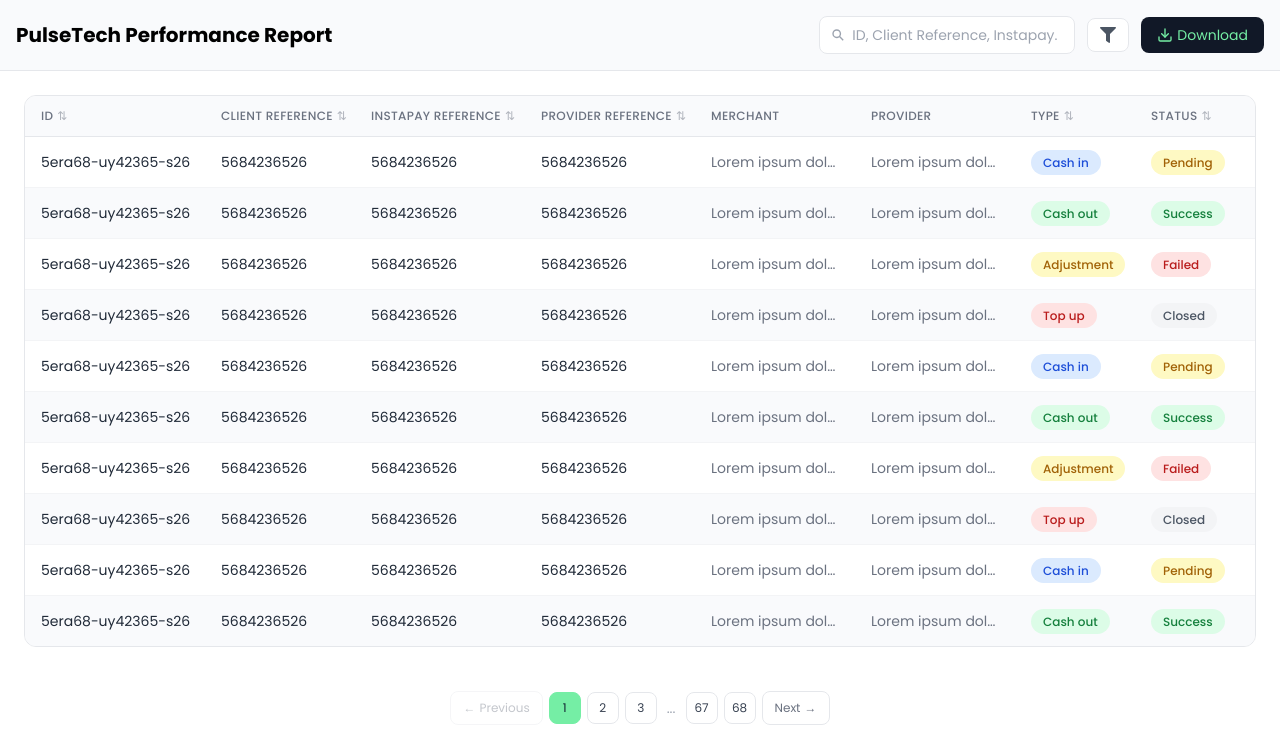
Repository: ShyrineJardin/pulse_admin
Page: /dashboard
An editor plug-in stored every save of this project. The page is shown before and after a run of saves, followed by the edit.
The browser window is 1280 px wide. The pictures show the whole page.
The project was rebuilt for these pictures with package versions that can differ from the ones it lists, and the page was loaded fresh each time. Also part of the build but not shown: src/components/Login.jsx.

Above is the page before, as saved 2026-03-26 16:02:41.

### src/index.css
@import url('https://fonts.googleapis.com/css2?family=Inter:ital,opsz,wght@0,14..32,100..900;1,14..32,100..900&family=Poppins:ital,wght@0,100;0,200;0,300;0,400;0,500;0,600;0,700;0,800;0,900;1,100;1,200;1,300;1,400;1,500;1,600;1,700;1,800;1,900&display=swap');

@tailwind base;
@tailwind components;
@tailwind utilities;

*{
    margin: 0;
    padding: 0;
    box-sizing: border-box;
}

body {
    font-family: poppins, sans-serif;
}

### src/App.js
import { BrowserRouter, Routes, Route } from "react-router-dom";
import Login from "./components/Login";
import Dashboard from "./components/Dashboard";

function App() {
  return (
    <BrowserRouter>
      <Routes>
        <Route path="/" element={<Login />} />
        <Route path="/dashboard" element={<Dashboard />} />
      </Routes>
    </BrowserRouter>
  );
}

export default App;

### src/components/Dashboard.jsx
import { useState, useMemo, useRef, useEffect } from "react";
import { IoSearchSharp, IoClose } from "react-icons/io5";
import { FiDownload } from "react-icons/fi";
import { FaFilter } from "react-icons/fa";
import { RiSparkling2Fill } from "react-icons/ri";
import { LuCalendar } from "react-icons/lu";
import { TbReload } from "react-icons/tb";
import { BsThreeDotsVertical } from "react-icons/bs";

const TYPES = ["Cash in", "Cash out", "Adjustment", "Top up"];
const STATUSES = ["Pending", "Success", "Failed", "Closed"];

const TYPE_STYLES = {
  "Cash in":    "bg-blue-100 text-blue-700",
  "Cash out":   "bg-green-100 text-green-700",
  "Adjustment": "bg-yellow-100 text-yellow-700",
  "Top up":     "bg-red-100 text-red-700",
};

const STATUS_STYLES = {
  "Pending": "bg-yellow-100 text-yellow-700",
  "Success": "bg-green-100 text-green-700",
  "Failed":  "bg-red-100 text-red-700",
  "Closed":  "bg-gray-100 text-gray-600",
};

const generateData = (count = 680) =>
  Array.from({ length: count }, (_, i) => ({
    id: "5era68-uy42365-s26",
    clientRef: "5684236526",
    instapayRef: "5684236526",
    providerRef: "5684236526",
    merchant: "Lorem ipsum dolor sit amet",
    provider: "Lorem ipsum dolor sit amet",
    type: TYPES[i % TYPES.length],
    status: STATUSES[i % STATUSES.length],
    amount: "₱ 790.00",
    fees: "₱ 10.00",
    error: "N/A",
    paidDate: "01/09/2026",
    createdDate: "01/09/2026",
  }));

const ALL_DATA = generateData();
const PER_PAGE = 10;

// ── Filter Modal ──────────────────────────────────────────────
function FilterModal({ onClose, onApply }) {
  const [startDate, setStartDate] = useState("02/18/2026");
  const [endDate, setEndDate] = useState("");
  const [merchant, setMerchant] = useState("All Merchant");
  const [provider, setProvider] = useState("All Provider");
  const [method, setMethod] = useState("");
  const [type, setType] = useState("");
  const [status, setStatus] = useState("");

  const handleReset = () => {
    setStartDate(""); setEndDate("");
    setMerchant("All Merchant"); setProvider("All Provider");
    setMethod(""); setType(""); setStatus("");
  };

  return (
    <div className="fixed inset-0 z-50 flex items-center justify-center bg-black/60" onClick={onClose}>
      <div className="bg-white rounded-2xl w-full max-w-md mx-4 shadow-2xl" onClick={(e) => e.stopPropagation()}>
        <div className="flex items-center justify-between px-6 py-4 bg-[#F9FAFC] rounded-t-2xl border-b border-gray-200">
          <div className="flex items-center gap-2">
            <RiSparkling2Fill className="text-yellow-400 text-lg" />
            <h2 className="text-lg font-bold text-gray-900">Filters</h2>
          </div>
          <button onClick={onClose} className="text-gray-400 hover:text-gray-700">
            <IoClose className="text-xl" />
          </button>
        </div>

        <div className="px-6 py-5 space-y-5">
          {/* Dates */}
          <div className="grid grid-cols-2 gap-4">
            {[
              { label: "Start Date", value: startDate, setter: setStartDate },
              { label: "End Date",   value: endDate,   setter: setEndDate   },
            ].map(({ label, value, setter }) => (
              <div key={label} className="relative mt-2">
                <label className="absolute -top-2.5 left-3 bg-white px-1 text-xs text-gray-400 z-10">{label}</label>
                <div className="flex items-center border border-gray-300 rounded-xl px-3 py-2.5 gap-2">
                  <input type="text" value={value} onChange={(e) => setter(e.target.value)} placeholder="MM/DD/YYYY"
                    className="text-sm text-gray-700 outline-none w-full bg-transparent placeholder:text-gray-300" />
                  <LuCalendar className="text-gray-500 text-base flex-shrink-0" />
                </div>
              </div>
            ))}
          </div>

          {/* Merchant & Provider */}
          <div className="grid grid-cols-2 gap-4">
            {[
              { label: "Merchant", value: merchant, setter: setMerchant, options: ["All Merchant","Merchant A","Merchant B"] },
              { label: "Provider", value: provider, setter: setProvider, options: ["All Provider","Provider A","Provider B"] },
            ].map(({ label, value, setter, options }) => (
              <div key={label}>
                <label className="block text-sm font-bold text-gray-800 mb-2">{label}</label>
                <div className="relative">
                  <select value={value} onChange={(e) => setter(e.target.value)}
                    className="w-full appearance-none border border-gray-300 rounded-xl px-3 py-2.5 text-sm text-gray-700 outline-none bg-white cursor-pointer pr-8">
                    {options.map((o) => <option key={o}>{o}</option>)}
                  </select>
                  <span className="pointer-events-none absolute right-3 top-1/2 -translate-y-1/2 text-gray-500 text-xs">▼</span>
                </div>
              </div>
            ))}
          </div>

          {/* Method & Type */}
          <div className="grid grid-cols-2 gap-4">
            {[
              { label: "Method", value: method, setter: setMethod, placeholder: "Select Merchant", options: ["Online","Offline"] },
              { label: "Type",   value: type,   setter: setType,   placeholder: "Select Type",     options: TYPES },
            ].map(({ label, value, setter, placeholder, options }) => (
              <div key={label}>
                <label className="block text-sm font-bold text-gray-800 mb-2">{label}</label>
                <div className="relative">
                  <select value={value} onChange={(e) => setter(e.target.value)}
                    className="w-full appearance-none border border-gray-300 rounded-xl px-3 py-2.5 text-sm text-gray-700 outline-none bg-white cursor-pointer pr-8">
                    <option value="">{placeholder}</option>
                    {options.map((o) => <option key={o}>{o}</option>)}
                  </select>
                  <span className="pointer-events-none absolute right-3 top-1/2 -translate-y-1/2 text-gray-500 text-xs">▼</span>
                </div>
              </div>
            ))}
          </div>

          {/* Status */}
          <div>
            <label className="block text-sm font-bold text-gray-800 mb-2">Status</label>
            <div className="relative flex items-center border border-gray-300 rounded-xl px-3 py-2.5 gap-2">
              <TbReload className="text-gray-500 text-base flex-shrink-0" />
              <select value={status} onChange={(e) => setStatus(e.target.value)}
                className="w-full appearance-none text-sm text-gray-700 outline-none bg-transparent cursor-pointer pr-6">
                <option value="">Select Status</option>
                {STATUSES.map((s) => <option key={s}>{s}</option>)}
              </select>
              <span className="pointer-events-none absolute right-3 top-1/2 -translate-y-1/2 text-gray-500 text-xs">▼</span>
            </div>
          </div>
        </div>

        <div className="flex items-center gap-3 px-6 py-4 border-t border-gray-200">
          <button onClick={handleReset}
            className="flex-1 py-3 rounded-xl border border-primary text-primary text-sm font-medium hover:bg-green-50 transition-colors">
            Reset
          </button>
          <button onClick={() => { onApply({}); onClose(); }}
            className="flex-1 py-3 rounded-xl bg-gray-900 text-primary text-sm font-medium hover:bg-gray-800 transition-colors">
            Apply
          </button>
        </div>
      </div>
    </div>
  );
}

// ── Mobile Row Card ───────────────────────────────────────────
function MobileCard({ row, i }) {
  const [expanded, setExpanded] = useState(false);
  const [menuOpen, setMenuOpen] = useState(false);
  const menuRef = useRef(null);

  useEffect(() => {
    const handler = (e) => { if (menuRef.current && !menuRef.current.contains(e.target)) setMenuOpen(false); };
    document.addEventListener("mousedown", handler);
    return () => document.removeEventListener("mousedown", handler);
  }, []);

  const rowBg = i % 2 === 0 ? "bg-white" : "bg-[#F9FAFC]";

  const Field = ({ label, children }) => (
    <div className={`flex items-center justify-between py-3 px-4 border-b border-gray-100 ${rowBg}`}>
      <span className="text-xs font-semibold text-gray-500 tracking-wide uppercase w-36 flex-shrink-0">{label}</span>
      <span className="text-sm text-gray-800 text-right">{children}</span>
    </div>
  );

  return (
    <div className={`rounded-2xl border-2 border border-border overflow-hidden mb-3`}>
      {/* Card Header */}
      <div className={`flex items-center justify-between px-4 py-3 ${rowBg} border-b border-gray-100`}>
        <div className="flex items-center gap-2">
          <span className="text-xs font-semibold text-gray-500 uppercase tracking-wide">ID</span>
          <span className="text-sm font-semibold text-gray-800">{row.id}</span>
        </div>
        <div className="relative" ref={menuRef}>
          <button onClick={() => setMenuOpen((v) => !v)} className="p-1 rounded-md hover:bg-gray-100">
            <BsThreeDotsVertical className="text-gray-500" />
          </button>
          {menuOpen && (
            <div className="absolute right-0 top-8 z-20 bg-white rounded-xl shadow-lg border border-gray-100 overflow-hidden w-44">
              <button className="w-full text-left px-4 py-2.5 text-sm text-gray-700 hover:bg-gray-50">Details</button>
              <button className="w-full text-left px-4 py-2.5 text-sm text-white bg-primary hover:bg-dark-primary">Resend Webhook</button>
            </div>
          )}
        </div>
      </div>

      {/* Always-visible fields */}
      <Field label="Client Reference">{row.clientRef}</Field>
      <Field label="Instapay Reference">{row.instapayRef}</Field>
      <Field label="Provider Reference">{row.providerRef}</Field>
      <Field label="Merchant"><span className="truncate max-w-[160px] block">{row.merchant}</span></Field>
      <Field label="Provider"><span className="truncate max-w-[160px] block">{row.provider}</span></Field>
      <Field label="Type">
        <span className={`px-3 py-1 rounded-full text-xs font-medium ${TYPE_STYLES[row.type]}`}>{row.type}</span>
      </Field>
      <Field label="Status">
        <span className={`px-3 py-1 rounded-full text-xs font-medium ${STATUS_STYLES[row.status]}`}>{row.status}</span>
      </Field>
      <Field label="Amount">{row.amount}</Field>

      {/* Expandable fields */}
      {expanded && (
        <>
          <Field label="Fees">{row.fees}</Field>
          <Field label="Error">{row.error}</Field>
          <Field label="Paid Date">{row.paidDate}</Field>
          <Field label="Created Date">{row.createdDate}</Field>
        </>
      )}

      {/* Show More / Less */}
      <button
        onClick={() => setExpanded((v) => !v)}
        className={`w-full py-3 text-sm font-bold text-gray-800 text-center border-t border-gray-200 ${rowBg} hover:bg-gray-100 transition-colors`}
      >
        {expanded ? "Show Less" : "Show More"}
      </button>
    </div>
  );
}

// ── Main Dashboard ────────────────────────────────────────────
export default function Dashboard() {
  const [search, setSearch] = useState("");
  const [currentPage, setCurrentPage] = useState(1);
  const [sortCol, setSortCol] = useState(null);
  const [sortAsc, setSortAsc] = useState(true);
  const [showFilter, setShowFilter] = useState(false);

  const filtered = useMemo(() => {
    const q = search.toLowerCase();
    return ALL_DATA.filter((r) =>
      r.id.toLowerCase().includes(q) ||
      r.clientRef.includes(q) ||
      r.instapayRef.includes(q) ||
      r.type.toLowerCase().includes(q) ||
      r.status.toLowerCase().includes(q)
    );
  }, [search]);

  const totalPages = Math.ceil(filtered.length / PER_PAGE);

  const pageData = useMemo(() => {
    const start = (currentPage - 1) * PER_PAGE;
    return filtered.slice(start, start + PER_PAGE);
  }, [filtered, currentPage]);

  const handleSearch = (e) => { setSearch(e.target.value); setCurrentPage(1); };
  const handleSort = (col) => {
    if (sortCol === col) setSortAsc((p) => !p);
    else { setSortCol(col); setSortAsc(true); }
  };
  const goPage = (p) => { if (p >= 1 && p <= totalPages) setCurrentPage(p); };

  const getPaginationPages = () => {
    const pages = new Set([1, 2, 3, totalPages - 1, totalPages, currentPage - 1, currentPage, currentPage + 1]);
    return [...pages].filter((p) => p >= 1 && p <= totalPages).sort((a, b) => a - b);
  };

  const SortIcon = ({ col }) => (
    <span className="ml-1 opacity-50 text-xs">{sortCol === col ? (sortAsc ? "▲" : "▼") : "⇅"}</span>
  );

  const columns = [
    { label: "ID",                 col: "id",          className: "w-[180px] min-w-[180px]" },
    { label: "CLIENT REFERENCE",   col: "clientRef",   className: "w-[150px] min-w-[150px]" },
    { label: "INSTAPAY REFERENCE", col: "instapayRef", className: "w-[170px] min-w-[170px]" },
    { label: "PROVIDER REFERENCE", col: "providerRef", className: "w-[170px] min-w-[170px]" },
    { label: "MERCHANT",           col: null,          className: "w-[160px] min-w-[160px]" },
    { label: "PROVIDER",           col: null,          className: "w-[160px] min-w-[160px]" },
    { label: "TYPE",               col: "type",        className: "w-[120px] min-w-[120px]" },
    { label: "STATUS",             col: "status",      className: "w-[110px] min-w-[110px]" },
    { label: "AMOUNT",             col: null,          className: "w-[100px] min-w-[100px]" },
    { label: "FEES",               col: null,          className: "w-[80px]  min-w-[80px]"  },
    { label: "ERROR",              col: null,          className: "w-[80px]  min-w-[80px]"  },
    { label: "PAID DATE",          col: null,          className: "w-[110px] min-w-[110px]" },
    { label: "CREATED DATE",       col: null,          className: "w-[120px] min-w-[120px]" },
    { label: "ACTIONS",            col: null,          className: "w-[220px] min-w-[180px]" },
  ];

  const Pagination = () => (
    <div className="flex items-center justify-center gap-1.5 py-5 flex-wrap">
      <button onClick={() => goPage(currentPage - 1)} disabled={currentPage === 1}
        className="flex items-center gap-1 px-3 py-2 text-xs border border-gray-200 rounded-lg text-gray-500 hover:bg-primary hover:text-btn-text disabled:opacity-40 disabled:cursor-not-allowed">
        ← <span className="hidden sm:inline">Previous</span>
      </button>

      {getPaginationPages().reduce((acc, page, idx, arr) => {
        if (idx > 0 && page - arr[idx - 1] > 1)
          acc.push(<span key={`e-${page}`} className="px-1 text-gray-400 text-sm">...</span>);
        acc.push(
          <button key={page} onClick={() => goPage(page)}
            className={`w-8 h-8 text-xs rounded-lg border ${currentPage === page ? "bg-primary text-btn-text border-primary" : "border-gray-200 text-gray-700 hover:bg-gray-50"}`}>
            {page}
          </button>
        );
        return acc;
      }, [])}

      <button onClick={() => goPage(currentPage + 1)} disabled={currentPage === totalPages}
        className="flex items-center gap-1 px-3 py-2 text-xs border border-gray-200 rounded-lg text-gray-500 hover:bg-primary hover:text-btn-text disabled:opacity-40 disabled:cursor-not-allowed">
        <span className="hidden sm:inline">Next</span> →
      </button>
    </div>
  );

  return (
    <div className="min-h-screen bg-white">
      {showFilter && <FilterModal onClose={() => setShowFilter(false)} onApply={(f) => console.log(f)} />}

        {/* Header */}
      <div className="flex items-start md:items-center flex-col md:flex-row justify-between mb-6 bg-[#F9FAFC] w-full p-4 border-b border-gray-200">
        <h1 className="text-lg lg:text-xl font-bold">PulseTech Performance Report</h1>
        <div className="flex items-center gap-1.5 lg:gap-3">
          <div className="relative">
            <IoSearchSharp className="absolute left-3 top-1/2 -translate-y-1/2 text-gray-400 text-sm" />
            <input
              type="text"
              value={search}
              onChange={handleSearch}
              placeholder="ID, Client Reference, Instapay..."
              className="pl-8 pr-4 py-2 text-sm border border-gray-200 rounded-lg w-64 outline-none focus:border-gray-400"
            />
          </div>
          <button
            onClick={() => setShowFilter(true)}
            className="flex items-center gap-2 px-3 py-2 text-sm bg-white border border-gray-200 rounded-lg text-gray-600 hover:scale-105 transition-transform"
          >
            <FaFilter className="w-4 h-4" />
          </button>
          <button className="flex items-center gap-1 px-4 py-2 text-sm bg-gray-900 text-primary rounded-lg hover:bg-gray-800">
            <FiDownload className="text-primary w-4 h-4 md:w" />
            <span className="hidden md:block">Download</span>
          </button>
        </div>
      </div>

      {/* ── Mobile Cards (hidden on md+) ── */}
      <div className="block md:hidden px-4 pt-4">
        {pageData.map((row, i) => <MobileCard key={i} row={row} i={i} />)}
        <Pagination />
      </div>

      {/* ── Desktop Table (hidden on mobile) ── */}
      <div className="hidden md:block">
        <div className="m-6 border border-gray-200 rounded-xl overflow-auto">
          <table className="w-full text-sm table-fixed">
            <thead>
              <tr className="bg-[#F9FAFC] border-b border-gray-200">
                {columns.map(({ label, col, className }) => (
                  <th key={label} onClick={() => col && handleSort(col)}
                    className={`px-4 py-3 text-left text-xs font-medium text-gray-500 tracking-wide whitespace-nowrap ${col ? "cursor-pointer hover:text-gray-800" : ""} ${className}`}>
                    {label}{col && <SortIcon col={col} />}
                  </th>
                ))}
              </tr>
            </thead>
            <tbody>
              {pageData.map((row, i) => (
                <tr key={i} className={`border-b border-gray-100 last:border-none ${i % 2 === 0 ? "bg-white" : "bg-[#F9FAFC]"}`}>
                  <td className="px-4 py-3 text-gray-800 whitespace-nowrap">{row.id}</td>
                  <td className="px-4 py-3 text-gray-800 whitespace-nowrap">{row.clientRef}</td>
                  <td className="px-4 py-3 text-gray-800 whitespace-nowrap">{row.instapayRef}</td>
                  <td className="px-4 py-3 text-gray-800 whitespace-nowrap">{row.providerRef}</td>
                  <td className="px-4 py-3 text-gray-500 truncate">{row.merchant}</td>
                  <td className="px-4 py-3 text-gray-500 truncate">{row.provider}</td>
                  <td className="px-4 py-3 whitespace-nowrap">
                    <span className={`px-3 py-1 rounded-full text-xs font-medium ${TYPE_STYLES[row.type]}`}>{row.type}</span>
                  </td>
                  <td className="px-4 py-3 whitespace-nowrap">
                    <span className={`px-3 py-1 rounded-full text-xs font-medium ${STATUS_STYLES[row.status]}`}>{row.status}</span>
                  </td>
                  <td className="px-4 py-3 text-gray-800 tabular-nums whitespace-nowrap">{row.amount}</td>
                  <td className="px-4 py-3 text-gray-800 tabular-nums whitespace-nowrap">{row.fees}</td>
                  <td className="px-4 py-3 text-gray-800 whitespace-nowrap">{row.error}</td>
                  <td className="px-4 py-3 text-gray-800 whitespace-nowrap">{row.paidDate}</td>
                  <td className="px-4 py-3 text-gray-800 whitespace-nowrap">{row.createdDate}</td>
                  <td className="px-4 py-3 whitespace-nowrap">
                    <div className="flex gap-2">
                      <button className="px-3 py-1 text-xs border border-gray-200 rounded-md hover:bg-gray-100">Details</button>
                      <button className="px-3 py-1 text-xs bg-primary text-btn-text rounded-md hover:bg-dark-primary">Resend Webhook</button>
                    </div>
                  </td>
                </tr>
              ))}
            </tbody>
          </table>
        </div>
        <Pagination />
      </div>
    </div>
  );
}

### tailwind.config.js
/** @type {import('tailwindcss').Config} */
module.exports = {
  content: [
    "./src/**/*.{js,jsx,ts,tsx}",
  ],
  theme: {
    extend: {
        colors: {
          'subtext': '#434245',
          'primary': '#75EEA5',
          'btn-text': '#112432',
          'dark-primary': '#007C5E',
          'border': 'A0A0A0',
        },
    }
  },
  plugins: [],
}

Loaded but not shown: public/index.html (common file); src/index.js (common file); src/reportWebVitals.js (common file)

After the next 2 saves:
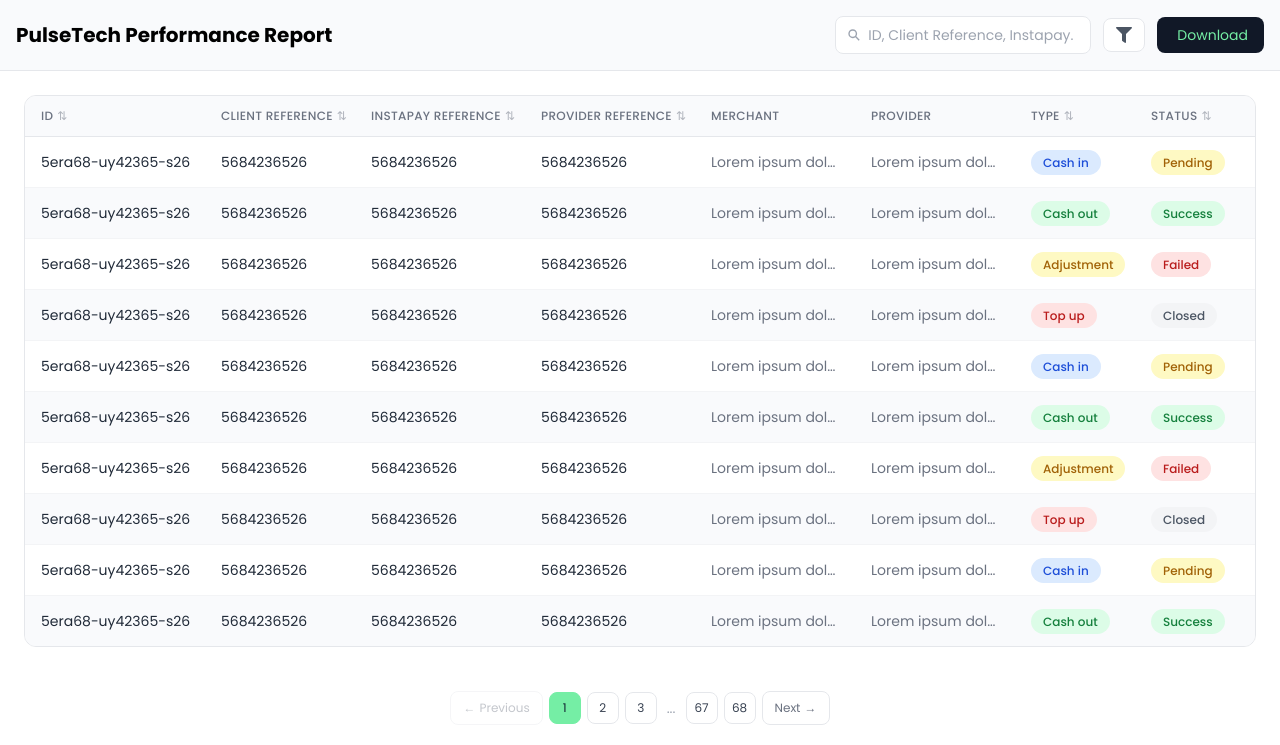
The 2 saves are shown as one change because they came seconds apart.
The last was saved 6 s later.
--- a/src/components/Dashboard.jsx
+++ b/src/components/Dashboard.jsx
@@ -347,7 +347,7 @@
             <FaFilter className="w-4 h-4" />
           </button>
           <button className="flex items-center gap-1 px-4 py-2 text-sm bg-gray-900 text-primary rounded-lg hover:bg-gray-800">
-            <FiDownload className="text-primary w-4 h-4 md:w" />
+            <FiDownload className="text-primary w-4 h-4 md:w-0 md:h-0" />
             <span className="hidden md:block">Download</span>
           </button>
         </div>
